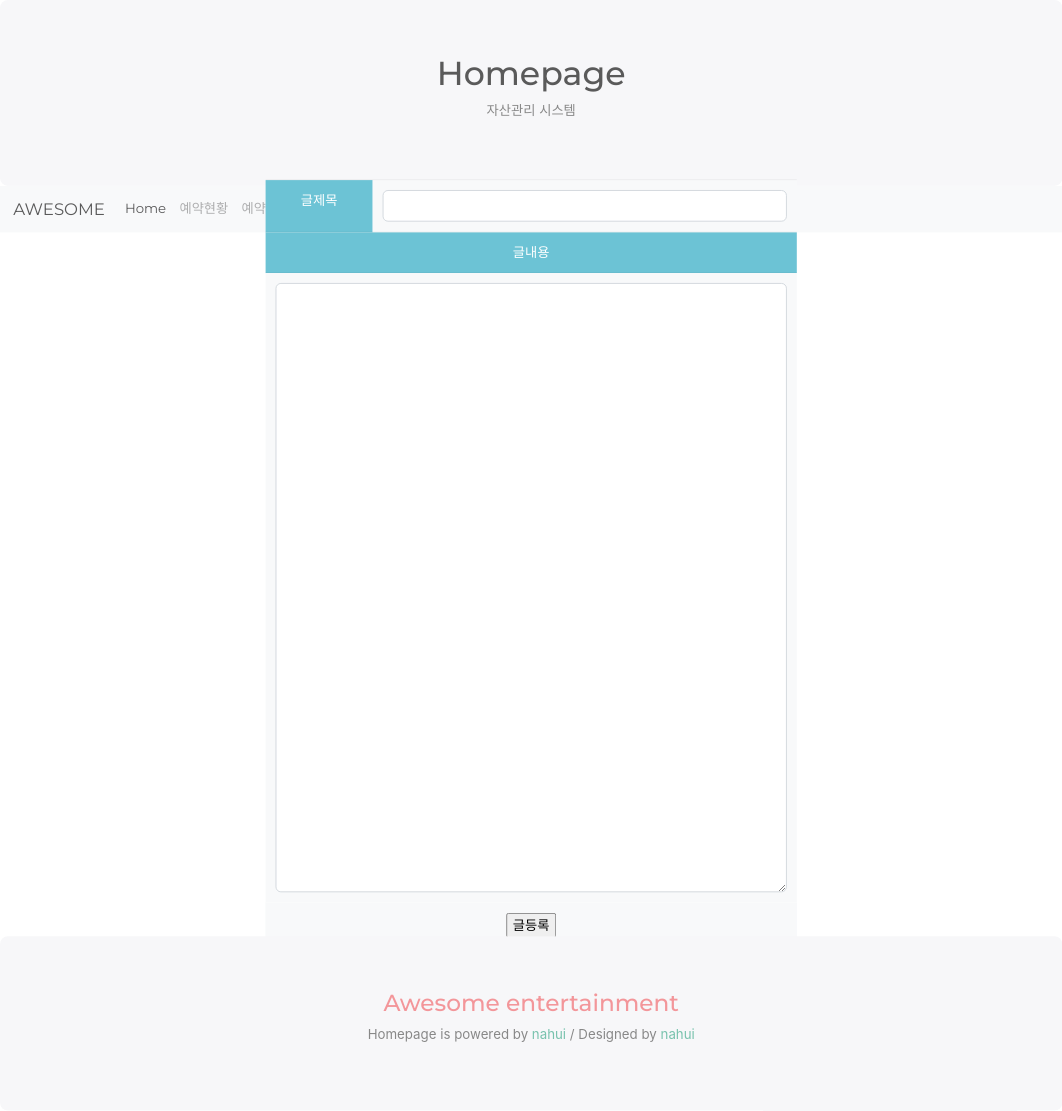
Repository: Nahui068/project1
Page: http://localhost/project1/WEB-INF/views/board_form.jsp
An editor plug-in stored every save of this project. The page is shown before and after the next save, followed by the edit.
The browser window is 1280 px wide. The pictures show the whole page, at 83% of full size.
The page is served by Tomcat 9. Nobody is signed in. The template is opened directly, without the code that normally fills it, so the values that code supplies are empty.

Above is the page before, as saved 2021-01-07 02:05:08.

After the next save:
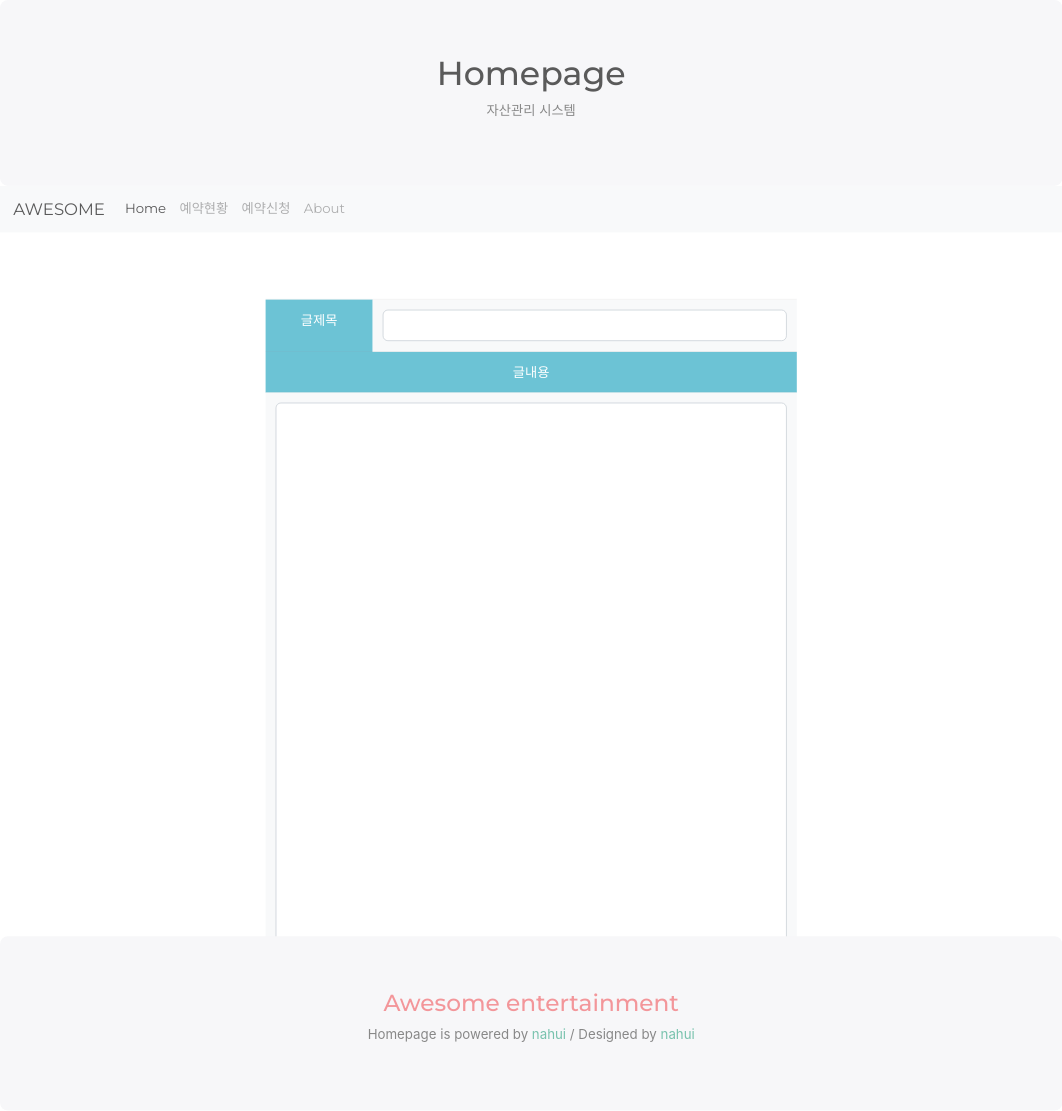
Saved 9 s later.
--- a/project1/src/main/webapp/WEB-INF/views/board_form.jsp
+++ b/project1/src/main/webapp/WEB-INF/views/board_form.jsp
@@ -12,7 +12,7 @@
 <h1 style="position:absolute; top:50%; left:45%;"> 게시글 등록</h1>
 
 <form method="post" action="/project1/board_insert">
-<table class="table table-hover" style="position:absolute; top:30%; left:25%; width:50%;">
+<table class="table table-hover" style="position:absolute; top:50%; left:25%; width:50%;">
 	<tr>
 		<td class="table-info" style="text-align:center;">글제목</td>
 		<td class="table-light form-group"><input type="text" name="title" class="form-control" id="inputDefault"></td>
